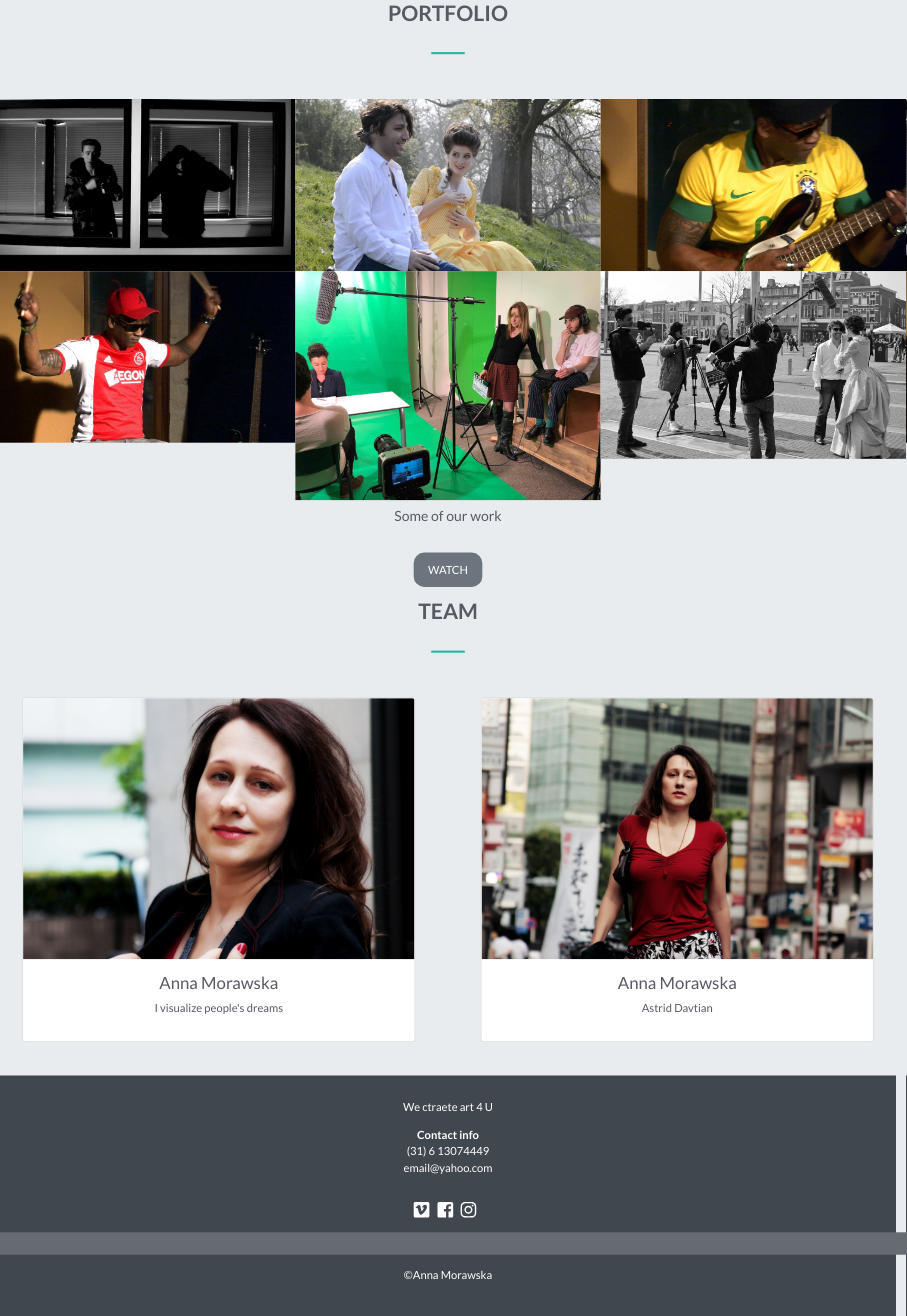
Repository: amorawskanew/My-first-website1
Page: index.html
The author's editor kept a record of every edit. The page is drawn from the files as they stood at one moment, then again after the next edit.
The browser window is 1280 px wide. The page is 1295 px wide, so the pictures cover 1295 px, including what lies to the right of the window. The pictures show the part of the page from y = 769 to 2649 px (the page is 2649 px tall before and 2589 px after), at 70% of full size.
Some web fonts or font styles are not loaded; a fallback is used. Some web libraries are served in a nearby version.

Above is the page before.

After the next edit:
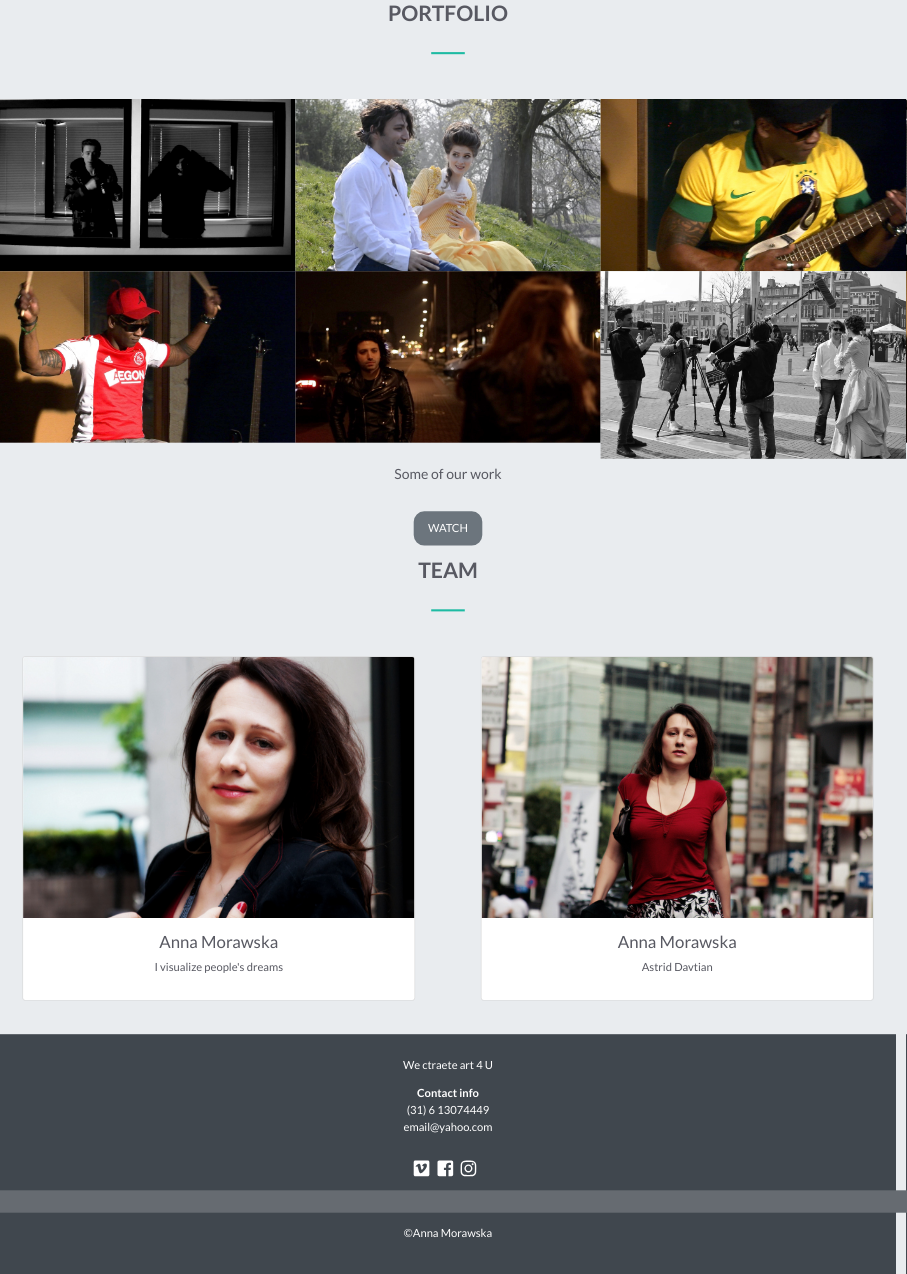
The edit:
--- a/index.html
+++ b/index.html
@@ -146,8 +146,8 @@
 
     <div class="col-sm-4">
       <div class="portfolio>">
-        <a href="img/W.greenscreen.jpg" target="_blank">
-          <img src="img/W.greenscreen.jpg">
+        <a href="img/W.Tommy.Video.jpg" target="_blank">
+          <img src="img/W.Tommy.Video.jpg">
           </a>
       </div>
     </div>
